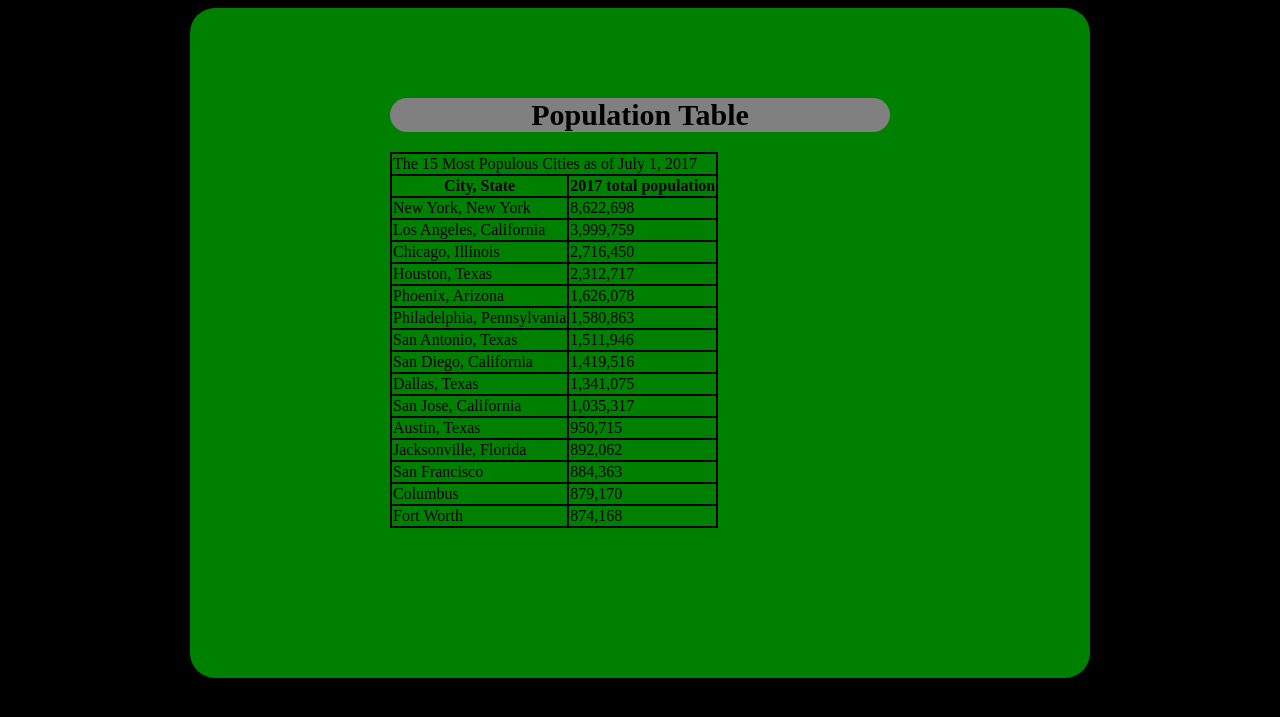
Repository: GaithCattan/COSW30
Page: http://localhost/labwork/lab5/population.php
The author's editor kept a record of every edit. The page is drawn from the files as they stood at one moment, then again after the next edit.
The browser window is 1280 px wide. The pictures show the whole page.
The page is run by PHP 8.4 with error messages shown; the project is at /var/www/html/.

Above is the page before.

### labwork/lab5/population.php
<!doctype html>
<html>
    <head>
         <meta charset="utf-8">
         <title>Population Table</title>
        <style>
          body {background-color: black;
                background-position: center;
                background-repeat: no-repeat;}
          h1 {text-align: center; font-size: 30px; margin-top: 40px;
              border-radius: 25px; margin-left: auto; margin-right: auto;
              background-color: grey;}
          #container {width: 900px;	margin-left: auto;	margin-right: auto;	padding-top: 50px;	padding-bottom: 150px; border-radius: 25px;	background-color: green;}
          #texting {width: 500px; display: block; margin-left: auto; margin-right: auto;}
          input[type=submit] {background-color: blue; border: none; border-radius: 10px;  color: white;  padding: 16px 32px;  text-decoration: none;  margin: 4px 2px;  cursor: pointer;}
          footer {font-size: 1.5em; color: white; text-align: center; margin-top: 11%;}
          table, th, td {border: 1px solid black;}
        </style>

    </head>
    <body>

    <div id="container">
    <div id="texting">

    <h1>Population Table</h1>



<?php

    $row_styles = array('even','odd');
    $style_index = 0;

    $population = array('New York, New York' => '8,622,698',
                        'Los Angeles, California' => '3,999,759',
                        'Chicago, Illinois' => '2,716,450',
                        'Houston, Texas' => '2,312,717',
                        'Phoenix, Arizona' => '1,626,078',
                        'Philadelphia, Pennsylvania' => '1,580,863',
                        'San Antonio, Texas' => '1,511,946',
                        'San Diego, California' => '1,419,516',
                        'Dallas, Texas' => '1,341,075',
                        'San Jose, California' => '1,035,317',
                        'Austin, Texas' => '950,715',
                        'Jacksonville, Florida' => '892,062',
                        'San Francisco' => '884,363',
                        'Columbus' => '879,170',
                        'Fort Worth' => '874,168');




echo "<table border='3' class='stats' cellspacing='0'>

            <tr>
                <td class='hed' colspan='8'>The 15 Most Populous Cities as of July 1, 2017</td>
            </tr>
            <tr>
                <th>City, State</th>
                <th>2017 total population</th>
            </tr>";

    foreach ($population as $key => $value) {
        print "<td>$key</td><td>$value</td></tr>\n";
        }


    echo "</table>";








/*

print "<table>\n";
foreach ($population as $key => $value) {
    print "<td>$key</td><td>$value</td></tr>\n";
}



print "<th>City, State</th>";
print "<th>2017 total population</th>";


$i = 0;       // index used to control when to add new row (incremented to each loop)
// Traverse the array with FOREACH
foreach($aray AS $key=>$val) {
  $html_table .= '<td>' .$key. ' - '. $val. '</td>';       // adds key-value in columns in table
  $i++;

  // If the number of columns is completed for a row (rest of division of $i to $nr_col is 0)
  // Closes the current row, and begins another row
  $col_to_add = $i % $nr_col;
  if($col_to_add == 0) { $html_table .= '</tr><tr>'; }
}





    print "<table>\n";
    foreach ($population as $key => $value) {
        print "<tr><td>$key</td><td>$value</td></tr>\n";
        }

    print '</table>';




    foreach($population as $key => $value) {
        echo "<p>$key Value: $value</p>";
    }




         */

?>



    </div>
    </div>
    </body>


</html>

After the next edit:
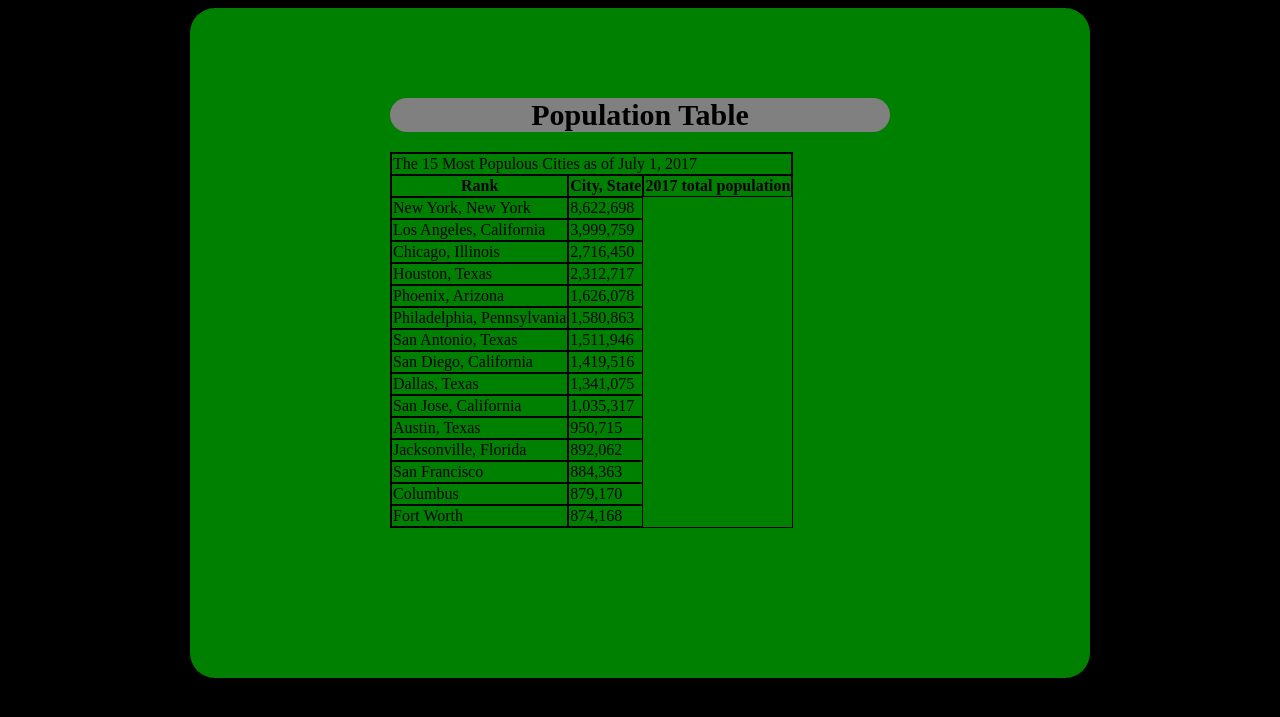
The edit:
--- a/labwork/lab5/population.php
+++ b/labwork/lab5/population.php
@@ -57,6 +57,7 @@
                 <td class='hed' colspan='8'>The 15 Most Populous Cities as of July 1, 2017</td>
             </tr>
             <tr>
+                <th>Rank</th>
                 <th>City, State</th>
                 <th>2017 total population</th>
             </tr>";
